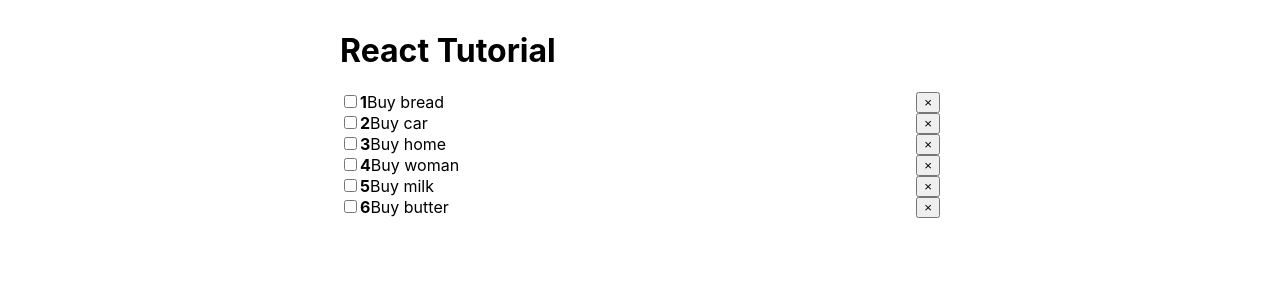
Repository: GregorPiev/rorganizer
Page: /
An editor plug-in stored every save of this project. The page is shown before and after the next save, followed by the edit.
The browser window is 1280 px wide. The pictures show the whole page.
The project was rebuilt for these pictures with package versions that can differ from the ones it lists, and the page was loaded fresh each time.

Above is the page before, as saved 2020-08-18 14:04:55.

### src/index.css
body {
	margin: 0;
	font-family: -apple-system, BlinkMacSystemFont, 'Segoe UI', 'Roboto', 'Oxygen',
		'Ubuntu', 'Cantarell', 'Fira Sans', 'Droid Sans', 'Helvetica Neue',
		sans-serif;
	-webkit-font-smoothing: antialiased;
	-moz-osx-font-smoothing: grayscale;
}

code {
	font-family: source-code-pro, Menlo, Monaco, Consolas, 'Courier New',
		monospace;
}
.wrapper {
	padding-top: 5px;
	margin: 5px auto;
	width: 600px;
}

### src/App.js
import React from 'react';
import TodoList from './Todo/TodoList/TodoList';

function App() {
  const todos = [
    { id: 1, completed: false, title: 'Buy bread' },
    { id: 2, completed: false, title: 'Buy car' },
    { id: 3, completed: false, title: 'Buy home' },
    { id: 4, completed: false, title: 'Buy woman' },
    { id: 5, completed: false, title: 'Buy milk' },
    { id: 6, completed: false, title: 'Buy butter' }
  ];
  return (
    <div className='wrapper'>
      <h1>React Tutorial</h1>
      <TodoList todos={todos} />
    </div>
  );
}

export default App;

### src/Todo/TodoList/TodoList.js
import React from 'react';
import PropTypes from 'prop-types';
import './TodoList.css';
import TodoItem from '../TodoItem/TodoItem';


function TodoList(props) {
    return (
        <ul className="ul_base">
            {
                props.todos.map((todo, index) => {
                    return <TodoItem key={todo.id} todo={todo} index={index} />
                })
            }
        </ul>
    )

}

TodoList.propTypes = {
    todos: PropTypes.arrayOf(PropTypes.object).isRequired
}
export default TodoList;

### src/Todo/TodoList/TodoList.css
.ul_base {
    list-style: none;
    margin: 0;
    padding: 0;
}

### src/Todo/TodoItem/TodoItem.js
import React from 'react';
import PropTypes from 'prop-types';
import './TodoItem.css';

function TodoItem({ todo, index }) {

    return (
        <li>
            <span>
                <input type='checkbox' />
                <strong>{index + 1}</strong>
                {todo.title}
            </span>
            <button>&times;</button>

        </li>
    )
}

TodoItem.propTypes = {
    todo: PropTypes.object.isRequired,
    index: PropTypes.number.isRequired
}

export default TodoItem;

### src/Todo/TodoItem/TodoItem.css
li{
    display: flex;
    justify-content: space-between;
    align-items: center;
}

Loaded but not shown: public/index.html (common file); src/index.js (common file); src/serviceWorker.js (common file)

After the next save:
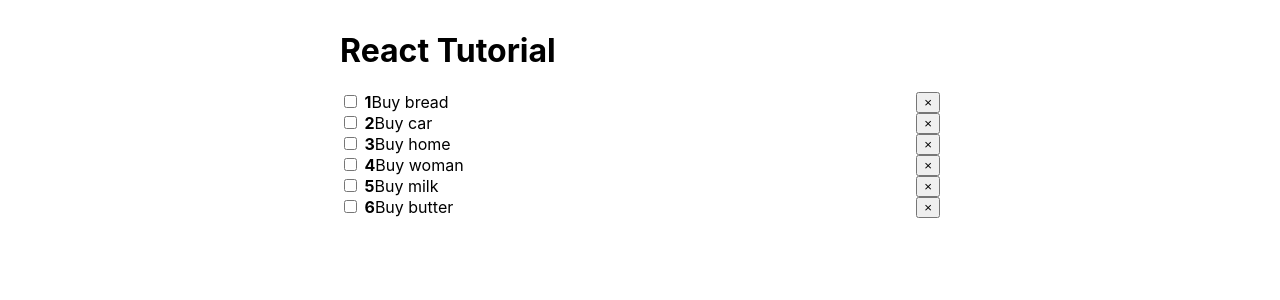
Saved 20 s later.
--- a/src/Todo/TodoItem/TodoItem.js
+++ b/src/Todo/TodoItem/TodoItem.js
@@ -7,7 +7,7 @@ function TodoItem({ todo, index }) {
     return (
         <li>
             <span>
-                <input type='checkbox' />
+                <input type='checkbox' />&nbsp;
                 <strong>{index + 1}</strong>
                 {todo.title}
             </span>
